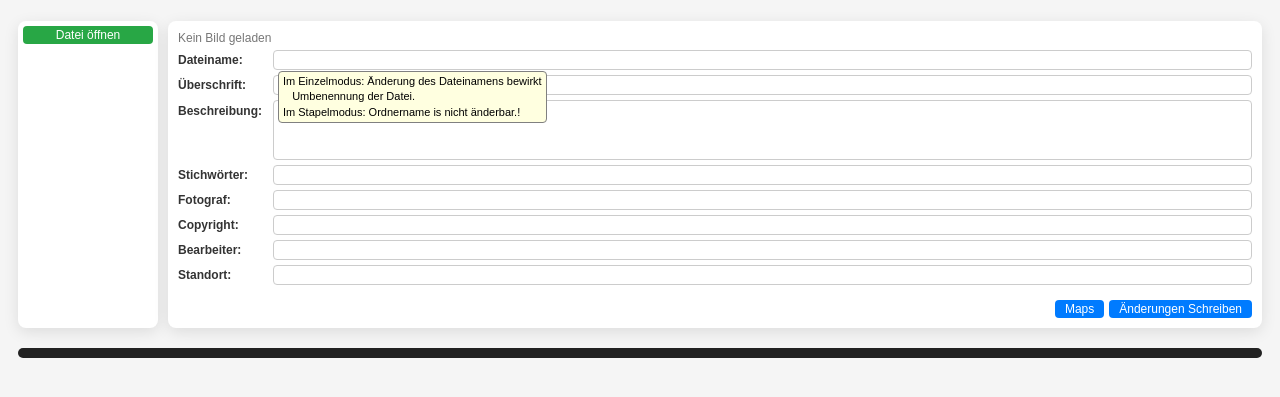
Repository: h-fahle/metadata
Page: ui/index.html
These files come from the project's save history. The page is drawn as it stood at one moment and after the next save; the edit follows.
The browser window is 1280 px wide. The pictures show the whole page.
The pointer rests on the first visible `.tooltip`.

Above is the page before, as saved 2026-08-18 13:04:53.

### ui/index.html
<!DOCTYPE html>
<html lang="de">

<head>
	<meta charset="UTF-8">
	<title>Tauri ExifTool Test</title>
	<script src="script.js"></script>
	<link rel="stylesheet" href="style.css">
</head>

<body>

	<div class="main-container">

		<!-- Das Vorschaubild links -->
		<div id="sidebar">
			<button id="file-open" onclick="dateiAuswählen()">Datei öffnen</button>

			<!-- 			<select id="menue-oeffnen" onchange="menueAktion(this)" >
				<option value="dateien">🖼️ Bilder öffnen...</option>
				<option value="ordner">📁 Ordner öffnen...</option>
			</select>
 -->
			<img id="vorschau-bild" src="" style="display:none;" />
			<div id="bild-info" style="text-align:center;">
				<span id="img-nummer"></span><br>
				<span id="img-datum"></span><br>
				<span id="img-groesse"></span>
			</div>
		</div>

		<!-- Das Formular rechts -->
		<div id="mein-formular-container">

			<div id="ordner-pfad">Kein Bild geladen</div>

			<div class="tooltip" data-tooltip=
"Im Einzelmodus: Änderung des Dateinamens bewirkt
   Umbenennung der Datei.
Im Stapelmodus: Ordnername is nicht änderbar.!">
				<label for="filename">Dateiname:</label>
				<input type="text" id="filename" name="filename"/>
			</div>

			<div class="tooltip" data-tooltip=
"Auch: (Dokument-)Titel, Schlagzeile, Headline">
				<label for="caption">Überschrift:</label>
				<input type="text" id="caption" name="caption"/>
			</div>

			<div class="tooltip" data-tooltip=
"Beschreibender Text in beliebiger Länge.
(Im Stapelmodus wird der eingegebene Text
   an vorhandenen angehängt.)
Hinweis: Einige Programme zeigen nur 2.000 Zeichen
   oder auch weniger an.">
				<label for="description">Beschreibung:</label>
				<textarea id="description" name="description" style="min-height: 60px;"></textarea>
			</div>

			<div class="tooltip" data-tooltip=
"Komma-separierte Liste. Groß-/Kleinschreibung beachten.
Im Stapelmodus werden die eingegebenen Stichwörter
   an vorhandene angehängt.">
				<label for="keywords">Stichwörter:</label>
				<input type="text" id="keywords" name="keywords"/>
			</div>

			<div class="tooltip" data-tooltip=
"Urheber, Ersteller, Autor
(Tags: Artitst, Creator, By-line)">
				<label for="creator">Fotograf:</label>
				<input type="text" id="creator" name="creator"/>
			</div>

			<div class="tooltip" data-tooltip=
"Urheberrechtshinweis; enthält in der Regel:
Name des Fotografen, Aufnahmejahr und Nutzungsrechte;
(z.B. 'Copyright [1975] [Mustermann], Alle Rechte vorbehalten')">
				<label for="copyright">Copyright:</label>
				<input type="text" id="copyright" name="copyright"/>
			</div>

			<div class="tooltip" data-tooltip=
"Verfasser der Metadaten
(Tags: Caption Writer, Writer Editor)">
				<label for="editor">Bearbeiter:</label>
				<input type="text" id="editor" name="editor"/>
			</div>

			<div class="tooltip" data-tooltip=
"GPS-Koordinaten in Dezimalgrad (51.49129, 8.43317).
Ermitteln der Koordinaten in der Google Maps-Karte:
  1. mit rechter Maustaste auf den Standort klicken,
  2. auf die angezeigten Koordinaten klicken,
  3. der so gespeicherte Wert kann dann mit Strg+V
     kopiert werden.">
				<label for="position">Standort:</label>
				<input type="text" id="position" name="position"/>
			</div>

			<!-- Button-Leiste -->
			<div class="button-group" style="text-align: right; margin-top: 15px;">
				<button type="button" onclick="zeigeMaps(event)" style="background: #007BFF;">Maps</button>
				<button type="button" onclick="exifSchreiben(event)" style="background: #007BFF;">Änderungen Schreiben</button>
			</div>

		</div>
	</div> <!-- Ende des main-containers -->

	<div id="ausgabe"></div>

</body>

</html>

### ui/script.js
let aktuellerBildPfad = "";

async function zeigeMaps(event) {
    event.preventDefault()
    let gps = document.getElementById('position').value;

    try {
        // Ruft direkt unsere eigene, sichere Rust-Funktion auf
        await window.__TAURI__.core.invoke('oeffne_maps_browser', {
            gpsString: gps
        });
    } catch (fehler) {
        console.error("Fehler:", fehler);
    }
}

async function dateiAuswählen() {
    try {
        const ergebnis = await window.__TAURI__.core.invoke('plugin:dialog|open', {
            options: {
                title: 'Bilddatei für ExifTool auswählen',
                directory: false,
                multiple: false,
                filters: [
                    { name: 'Bilder', extensions: ['jpg', 'jpeg', 'png', 'gif', 'tif', 'tiff', 'webp', 'avif', 'heic', 'heif'] }
                ]
            }
        });

        // Wenn der Nutzer nicht abgebrochen hat (ergebnis ist nicht null)
        if (ergebnis) {
            // Falls das Ergebnis ein Objekt ist (z.B. { path: "..." }), holen wir den Pfad heraus,
            // ansonsten nehmen wir den String direkt.
            const pfad = typeof ergebnis === 'object' ? ergebnis.path : ergebnis;

            aktuellerBildPfad = pfad;

            // Sofort automatisch die Metadaten einlesen!
            exifAuslesen();
        }
    } catch (fehler) {
        document.getElementById("ausgabe").innerHTML = "<span style='color: red;'>Dialog-Fehler: " + fehler + "</span>";
    }
}

async function exifAuslesen() {
    const pfad = aktuellerBildPfad;
    const ausgabe = document.getElementById("ausgabe");
    const vorschauImg = document.getElementById("vorschau-bild");


    ausgabe.innerText = "Rufe ExifTool auf...";

    try {
        // 1. Metadaten über Rust holen
        const jsonText = await window.__TAURI__.core.invoke('lese_bild_metdaten', { dateipfad: pfad });
        const datenObjekt = JSON.parse(jsonText)[0]; 	// Das 1. JSON-Objekt im JSON-Array in JS-Objekt umwandeln

        document.getElementById('img-nummer').innerText = '# 0/0';
        let datum = datenObjekt.DateTimeOriginal;
        if (typeof datum === 'undefined') {
            datum = '(unbekannt)';
        }
        document.getElementById('img-datum').innerText = '\u{1F4F7} ' + datum || '';
        document.getElementById('img-groesse').innerText = '⤢ ' + datenObjekt.ImageSize || '';

        document.getElementById('filename').value = datenObjekt.FileName || '';
        document.getElementById('caption').value = datenObjekt.CMB_Caption || '';
        document.getElementById('description').value = datenObjekt.Description || '';
        document.getElementById('keywords').value = datenObjekt.Keywords || '';
        document.getElementById('creator').value = datenObjekt.Creator || '';
        document.getElementById('copyright').value = datenObjekt.Copyright || '';
        document.getElementById('editor').value = datenObjekt.CMB_Editor || '';
        document.getElementById('position').value = datenObjekt.GPSPosition || '';

        const vollerPfad = pfad;
        // Erkennt automatisch Linux-Schrägstriche (/) und Windows-Backslashes (\)
        const letzterSlash = Math.max(vollerPfad.lastIndexOf('/'), vollerPfad.lastIndexOf('\\'));
        let ordner = "Unbekannt";
        if (letzterSlash !== -1) {
            ordner = vollerPfad.substring(0, letzterSlash);
        }
        // Den berechneten Ordnerpfad in das neue Label schreiben
        document.getElementById('ordner-pfad').innerText = ordner;

        // Wir nehmen das erste Element der Liste (ExifTool liefert immer ein Array)
        // und stellen es schön formatiert im Browser dar
        // ausgabe.innerText = JSON.stringify(datenObjekt[0], null, 2);
        ausgabe.innerText = jsonText;

        // Wir fragen Rust nach dem besten Weg für das Bild
        const vorschauErgebnis = await window.__TAURI__.core.invoke('hole_vorschaubild', { dateipfad: pfad });

        if (vorschauErgebnis === "STANDARD") {
            // Normales JPG/PNG über das Asset-Protokoll
            const assetUrl = window.__TAURI__.core.convertFileSrc(pfad);
            vorschauImg.src = assetUrl + "?t=" + new Date().getTime();
        } else if (vorschauErgebnis.startsWith("data:[embedded picture, 23 characters]")) {
            // TIF/TIFF über den im RAM kompilierten Rust-Wandler
            vorschauImg.src = vorschauErgebnis;
        }

        vorschauImg.style.display = "block";

    } catch (fehler) {
        ausgabe.innerHTML = "<span style='color: red;'>Fehler: " + fehler + "</span>";
        vorschauImg.style.display = "none";
        infoText.innerText = "Fehler beim Laden";
    }
}

async function exifSchreiben(ereignis) {
    if (ereignis) ereignis.preventDefault();  // verbietet dem Browser den automatischen Seiten-Reset!

    const pfad = aktuellerBildPfad;
    const ausgabe = document.getElementById("ausgabe");

    ausgabe.innerText = "Speichere Daten über ExifTool...";

    // Wir sammeln alle aktuellen Werte aus den Eingabefeldern ein
    const daten = {
        dateipfad: pfad,
        filename: document.getElementById('filename').value,
        caption: document.getElementById('caption').value,
        description: document.getElementById('description').value,
        keywords: document.getElementById('keywords').value.split(',').map(s => s.trim()).join(', '),
        creator: document.getElementById('creator').value,
        copyright: document.getElementById('copyright').value,
        editor: document.getElementById('editor').value,
        gps: document.getElementById('position').value
    };

    try {
        // Wir schicken das gesamte Paket an die Rust-Funktion 'schreibe_bild_metdaten'
        const antwort = await window.__TAURI__.core.invoke('schreibe_bild_metdaten', daten);

        // Bei Erfolg zeigen wir die Meldung in grüner Schrift an
        ausgabe.innerHTML = "<span style='color: #00ff00;'>" + antwort + "</span>";

        // 2. Da der Pfad dank preventDefault() jetzt bombenfest im Feld stehen bleibt,
        // funktioniert das Neuladen nun augenblicklich und fehlerfrei!
        await exifAuslesen();

    } catch (fehler) {
        // Falls etwas schiefgeht (z.B. Datei schreibgeschützt), zeigen wir den Fehler an
        ausgabe.innerHTML = "<span style='color: red;'>Fehler beim Speichern: " + fehler + "</span>";
    }
}

### ui/style.css
body {
	font-family: sans-serif;
	font-size: 12px;
	padding: 3px 10px;
	background: #f5f5f5;
}

button {
	padding: 2px 10px;
	font-size: 12px;
	cursor: pointer;
	background: #28a745;
	color: white;
	border: none;
	border-radius: 4px;
}

select {
	-moz-appearance: none;
	-webkit-appearance: none;
	appearance: none;
	border: none;
	border-radius: 4px;
	background: #28a745;
	color: white;
	width: 120px;
}

#ausgabe {
	margin-top: 20px;
	background: #222;
	color: #00ff00;
	padding: 5px;
	border-radius: 5px;
	font-family: monospace;
	white-space: pre-wrap;
	overflow-x: auto;
}

input#bildpfad {
	width: 350px;
}

/* Der neue Haupt-Container für die Nebeneinander-Ausrichtung */
.main-container {
	margin-top: 10px;
	display: flex;
	flex-direction: row;
	/* Elemente nebeneinander */
	gap: 10px;
	/* Abstand zwischen Bild und Formular */
	width: 100%;
	box-sizing: border-box;
}

/* Styling für den Bild-Bereich */
#sidebar {
	width: 130px;
	min-width: 130px;
	display: flex;
	flex-direction: column;
	align-items: center;
	justify-content: flex-start;
	padding: 5px;
	background-color: #ffffff;
	border-radius: 8px;
	box-shadow: 0 4px 15px rgba(0, 0, 0, 0.1);
}

#file-open {
	width: 130px;
	margin-bottom: 10px;
}

#vorschau-bild {
	width: 130px;
	height: auto;
	border: 1px outset gray;
}

/* Container des Formulars */
#mein-formular-container {
	flex-grow: 1;
	margin: 0;
	padding: 5px 10px;
	background-color: #ffffff;
	border-radius: 8px;
	box-shadow: 0 4px 15px rgba(0, 0, 0, 0.1);
	font-family: Arial, sans-serif;
}

#mein-formular-container div {
	display: flex;
	align-items: center;
	margin: 6px 0;
	/* Geringer Zeilenabstand */
	width: 100%;
	margin-top: 5px;
	/* Kleiner Abstand nach oben */
	margin-bottom: 5px;
	/* Kleiner Abstand nach unten */
}

label[for="description"] {
	align-self: flex-start;
	/* DIESE ZEILE IST DIE RETTUNG: Richtet NUR dieses Label oben aus! */
	margin-top: 4px;
	/* Feinjustierung, damit es perfekt auf der Linie der ersten Textzeile liegt */
}

#ordner-pfad {
	margin-left: 97px;
	margin-bottom: 2px;
	color: #777777;
	font-size: 12px;
	font-family: Arial, sans-serif;
}

/* Feste Breite für die Labels + Linksbündig */
label {
	display: inline-block;
	width: 95px;
	text-align: left;
	font-weight: bold;
	color: #333333;
	flex-shrink: 0;
	/* Verhindert, dass der Text zusammengedrückt wird */
}

/* Eingabefelder füllen den restlichen Platz der Zeile aus */
input[type="text"],
textarea {
	flex-grow: 1;
	/* Alle Felder starten exakt an der gleichen Linie */
	width: 100%;
	min-width: 0;
	padding: 2px;
	border: 1px solid #cccccc;
	border-radius: 4px;
	box-sizing: border-box;
	font-size: 12px;
}

textarea {
	/* DIESE BEIDEN ZEILEN LÖSEN DAS LINUX-PROBLEM ENDGÜLTIG: */
	field-sizing: content;
	/* Die Box wächst automatisch zeilenweise mit! */
	overflow: hidden;
	/* Schaltet Scrollbalken und damit den Bug komplett ab */
	resize: none;
	/* Der Nutzer muss nicht mehr manuell ziehen */
}

/* Aktives Feld bei Klick */
input:focus,
textarea:focus {
	border-color: #007BFF;
	outline: none;
	box-shadow: 0 0 5px rgba(0, 123, 255, 0.5);
}

.tooltipx {
  position: relative;
  z-index: 1;
}
/* Tooltip-Box beim Hover anzeigen */
.tooltipx:hover::after {
  z-index: 999;
  content: attr(data-tooltip);
  position: absolute;
  bottom: -130%;  /* unterhalb */
  left: 50%;	/* nach rechts versetzt */
  transform: translateX(-50%);
  background-color: lightyellow;
  color: black;
  padding: 5px 10px;
  border: 1px solid gray;
  border-radius: 4px;
  white-space: pre;
  width: max-content;
  font-size: 10px;
}

.tooltip {
  position: relative;
  display: block;
  margin-bottom: 15px;
  /* Wichtig: Standard-Ebene für alle Zeilen */
  z-index: 1;
}

/* Wenn die Maus drüber ist oder getippt wird, MUSS diese Zeile über allen anderen liegen */
.tooltip:hover,
.tooltip:has(input:focus) {
  z-index: 9999 !important; /* !important stellt sicher, dass kein anderes CSS das blockiert */
}

/* Der Tooltip selbst */
.tooltip:hover::after,
.tooltip:has(input:focus)::after {
  content: attr(data-tooltip);
  position: absolute;

  /* Vertikale Positionierung (unten) */
  top: 65%;
  margin-top: 8px;
  bottom: auto;

  /* Horizontale Positionierung (an deiner Label-Breite) */
  left: 100px;        /* Hier wieder deine Label-Breite eintragen */
  right: auto;
  transform: none;

  /* Styling & Farben */
  background-color: #333333;
  color: #ffffff;
  padding: 2px 4px;
  background-color: lightyellow;
  color: black;
  border: 1px solid gray;
  border-radius: 4px;
  font-size: 11px;
  line-height: 1.4;

  /* Dynamische Breite */
  white-space: pre;
  width: max-content;

  /* DIE RETTUNG FÜR DEN Z-INDEX: */
  z-index: 100000;
  pointer-events: none; /* Verhindert, dass der Tooltip Maus-Klicks oder Hovers abfängt */
}



/* Der Absendeknopf richtet sich nach den Eingabefeldern aus */
.button-group {
	display: flex;
	justify-content: flex-end;
}

.button-group button {
		margin-left: 5px;
}

button[type="submit"] {
	width: 200px;
	padding: 12px;
	background-color: #007BFF;
	color: white;
	border: none;
	border-radius: 4px;
	font-size: 16px;
	cursor: pointer;
	transition: background-color 0.3s ease;
}

button[type="submit"]:hover {
	background-color: #0056b3;
}

After the next save:
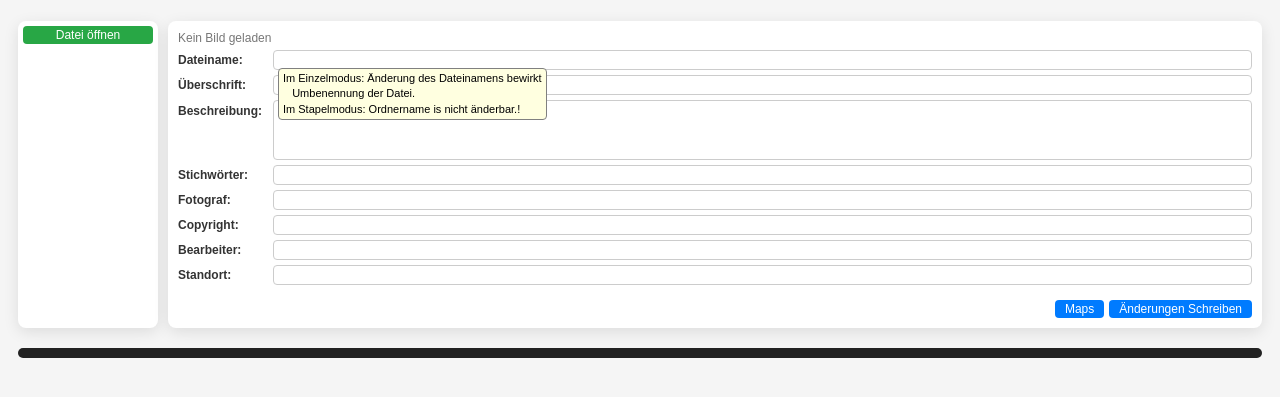
Saved 17 s later.
--- a/ui/style.css
+++ b/ui/style.css
@@ -202,7 +202,7 @@ textarea:focus {
   position: absolute;
 
   /* Vertikale Positionierung (unten) */
-  top: 65%;
+  top: 50%;
   margin-top: 8px;
   bottom: auto;
 
